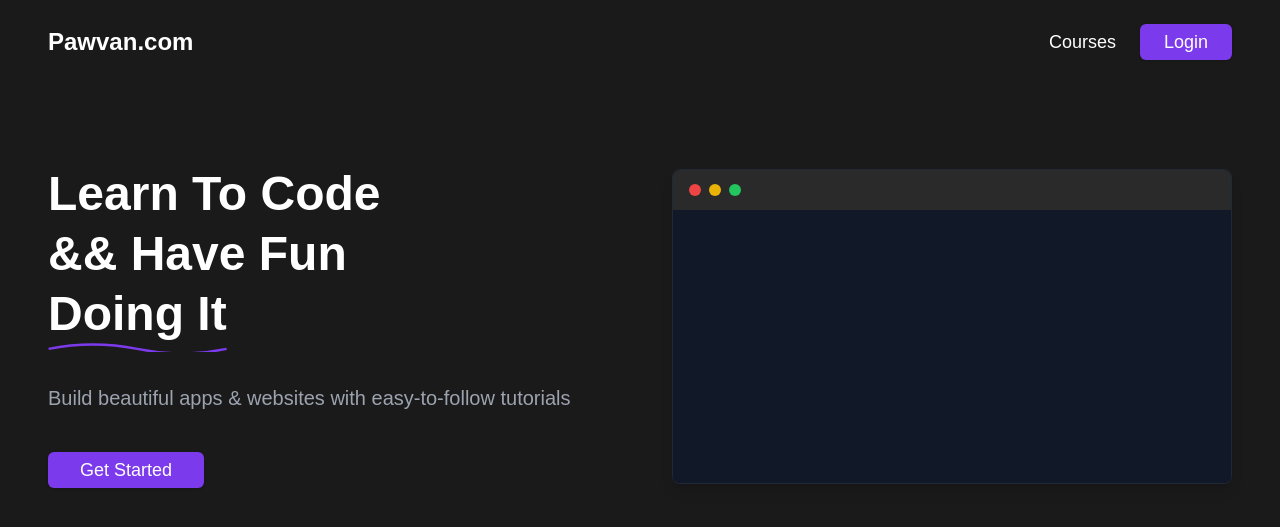
Repository: pawanthegoat/pawan.org
Page: /
The author's editor kept a copy of each file at every save. The page is drawn from the files as they stood at one save, then again after the next save.
The browser window is 1280 px wide. The pictures show the whole page.
The page's requests for data from a server got no answer. The project was rebuilt for these pictures with package versions that can differ from the ones it lists, and the page was loaded fresh each time. The framework's server and built-in components were replaced by stand-ins that run in the browser. No one was signed in, and anything a server would have sent is missing. Also part of the build but not shown: next.config.ts, src/components/ui/avatar.tsx, src/components/ui/input.tsx, src/components/ui/label.tsx.

Above is the page before, as saved 2025-02-07 13:41:16.

### src/app/layout.tsx
"use client";

import { SessionProvider } from "next-auth/react";
import { Geist, Geist_Mono } from "next/font/google";
import './globals.css';

// Define fonts
const geistSans = Geist({
  variable: "--font-geist-sans",
  subsets: ["latin"],
});
const geistMono = Geist_Mono({
  variable: "--font-geist-mono",
  subsets: ["latin"],
});

// Now, you can define your layout
export default function RootLayout({
  children,
}: Readonly<{
  children: React.ReactNode;
}>) {
  return (
    <html lang="en">
      <body className={`${geistSans.variable} ${geistMono.variable} antialiased`}>
        <SessionProvider>{children}</SessionProvider>
      </body>
    </html>
  );
}

### src/app/page.tsx
"use client";

import { useRouter } from "next/navigation"; // ✅ Correct import
import { useState } from "react";
import { Button } from "@/components/ui/button";
import { Avatar, AvatarFallback, AvatarImage } from "@/components/ui/avatar";
import Link from "next/link";
import LoginModal from "./Components/LoginModal";
import { useSession, signOut } from "next-auth/react";

export default function Page() {
  const [isLoginModalOpen, setIsLoginModalOpen] = useState(false);
  const { data: session } = useSession();
  const router = useRouter(); // ✅ Now it will work correctly

  return (
    <div className="min-h-screen bg-[#1a1a1a] text-white flex flex-col">
      {/* Navigation Bar */}
      <nav className="flex justify-between items-center px-12 py-6">
        <Link href="/" className="text-2xl font-semibold">
          Pawvan.com
        </Link>
        <div className="flex items-center gap-6">
          <Link href="/courses" className="hover:text-gray-300 text-lg">
            Courses
          </Link>
          {!session ? (
            <Button
              className="bg-[#7C3AED] hover:bg-[#6D28D9] text-white rounded-md px-6 py-2 text-lg"
              onClick={() => setIsLoginModalOpen(true)}
            >
              Login
            </Button>
          ) : (
            <div className="flex items-center gap-2">
              <Avatar className="w-10 h-10">
                <AvatarImage src={session.user?.image || "/placeholder.svg"} />
                <AvatarFallback>{session.user?.name?.[0]}</AvatarFallback>
              </Avatar>
              <Button
                className="bg-[#7C3AED] hover:bg-[#6D28D9] text-white rounded-md px-6 py-2 text-lg"
                onClick={() => signOut()}
              >
                Logout
              </Button>
            </div>
          )}
        </div>
      </nav>
      <main className="container mx-auto px-12 py-20 grid md:grid-cols-2 gap-16 items-center">
        <div className="space-y-10">
          <h1 className="text-5xl font-bold leading-tight">
            Learn To Code
            <br />
            && Have Fun
            <br />
            <span className="relative inline-block">
              Doing It
              <svg
                className="absolute -bottom-2 left-0 w-full"
                viewBox="0 0 300 20"
                fill="none"
                xmlns="http://www.w3.org/2000/svg"
              >
                <path d="M1 15 Q 75 0, 150 15 Q 225 30, 300 15" stroke="#7C3AED" strokeWidth="4" fill="none" />
              </svg>
            </span>
          </h1>
          <p className="text-xl text-gray-400">Build beautiful apps & websites with easy-to-follow tutorials</p>
          <Button
            onClick={() => router.push("/courses")}
            className="bg-[#7C3AED] hover:bg-[#6D28D9] text-white text-lg px-8 py-4 rounded-md"
          >
            Get Started
          </Button>
        </div>
        <div className="relative aspect-video rounded-lg overflow-hidden bg-black/20 border border-gray-800 shadow-lg">
          <div className="absolute top-0 left-0 right-0 h-10 bg-[#2a2a2a] flex items-center gap-2 px-4">
            <div className="w-3 h-3 rounded-full bg-red-500" />
            <div className="w-3 h-3 rounded-full bg-yellow-500" />
            <div className="w-3 h-3 rounded-full bg-green-500" />
          </div>
          <div className="mt-10 w-full h-[calc(100%-2.5rem)] bg-gray-900">





          </div>
        </div>
      </main>
      <LoginModal isOpen={isLoginModalOpen} onClose={() => setIsLoginModalOpen(false)} />
    </div>
  );
}

### src/app/globals.css

@tailwind base;
@tailwind components;
@tailwind utilities;
body {
  font-family: Arial, Helvetica, sans-serif;
}

### src/components/ui/button.tsx
import * as React from "react"
import { Slot } from "@radix-ui/react-slot"
import { cva, type VariantProps } from "class-variance-authority"

import { cn } from "@/lib/utils"

const buttonVariants = cva(
  "inline-flex items-center justify-center gap-2 whitespace-nowrap rounded-md text-sm font-medium transition-colors focus-visible:outline-none focus-visible:ring-1 focus-visible:ring-ring disabled:pointer-events-none disabled:opacity-50 [&_svg]:pointer-events-none [&_svg]:size-4 [&_svg]:shrink-0",
  {
    variants: {
      variant: {
        default:
          "bg-primary text-primary-foreground shadow hover:bg-primary/90",
        destructive:
          "bg-destructive text-destructive-foreground shadow-sm hover:bg-destructive/90",
        outline:
          "border border-input bg-background shadow-sm hover:bg-accent hover:text-accent-foreground",
        secondary:
          "bg-secondary text-secondary-foreground shadow-sm hover:bg-secondary/80",
        ghost: "hover:bg-accent hover:text-accent-foreground",
        link: "text-primary underline-offset-4 hover:underline",
      },
      size: {
        default: "h-9 px-4 py-2",
        sm: "h-8 rounded-md px-3 text-xs",
        lg: "h-10 rounded-md px-8",
        icon: "h-9 w-9",
      },
    },
    defaultVariants: {
      variant: "default",
      size: "default",
    },
  }
)

export interface ButtonProps
  extends React.ButtonHTMLAttributes<HTMLButtonElement>,
    VariantProps<typeof buttonVariants> {
  asChild?: boolean
}

const Button = React.forwardRef<HTMLButtonElement, ButtonProps>(
  ({ className, variant, size, asChild = false, ...props }, ref) => {
    const Comp = asChild ? Slot : "button"
    return (
      <Comp
        className={cn(buttonVariants({ variant, size, className }))}
        ref={ref}
        {...props}
      />
    )
  }
)
Button.displayName = "Button"

export { Button, buttonVariants }

### src/app/Components/LoginModal.tsx
/*@
this code belongs to THE AUTHOR : pawvan
using of this code without any access from the author can lead to proh
@*/
import { Dialog, DialogContent, DialogHeader, DialogTitle } from "@/components/ui/dialog"
import { Button } from "@/components/ui/button"
import { Input } from "@/components/ui/input"
import { Label } from "@/components/ui/label"
import { FaGoogle, FaGithub, FaTwitter } from "react-icons/fa"
interface LoginModalProps {
  isOpen: boolean
  onClose: () => void
}
export default function LoginModal({ isOpen, onClose }: LoginModalProps) {
  return (
    <Dialog open={isOpen} onOpenChange={onClose}>
      <DialogContent className="sm:max-w-[425px] bg-[#2a2a2a] text-white">
        <DialogHeader>
          <DialogTitle className="text-2xl font-bold">Login</DialogTitle>
        </DialogHeader>
        <div className="grid gap-4 py-4">
          <div className="grid gap-2">
            <Label htmlFor="email">Email</Label>
            <Input id="email" type="email" placeholder="m@example.com" className="bg-[#3a3a3a] border-gray-600" />
          </div>
          <div className="grid gap-2">
            <Label htmlFor="password">Password</Label>
            <Input id="password" type="password" className="bg-[#3a3a3a] border-gray-600" />
          </div>
          <Button className="w-full bg-[#7C3AED] hover:bg-[#6D28D9]">Login</Button>
        </div>
        <div className="relative">
          <div className="absolute inset-0 flex items-center">
            <span className="w-full border-t border-gray-600" />
          </div>
          <div className="relative flex justify-center text-xs uppercase">
            <span className="bg-[#2a2a2a] px-2 text-gray-400">Or continue with</span>
          </div>
        </div>
        <div className="grid grid-cols-3 gap-3">
          <Button variant="outline" className="bg-[#3a3a3a] border-gray-600 hover:bg-[#4a4a4a]">
            <FaGoogle className="mr-2 h-4 w-4" /> Google
          </Button>
          <Button variant="outline" className="bg-[#3a3a3a] border-gray-600 hover:bg-[#4a4a4a]">
            <FaGithub className="mr-2 h-4 w-4" /> GitHub
          </Button>
          <Button variant="outline" className="bg-[#3a3a3a] border-gray-600 hover:bg-[#4a4a4a]">
            <FaTwitter className="mr-2 h-4 w-4" /> Twitter
          </Button>
        </div>
      </DialogContent>
    </Dialog>
  )
}

### src/components/ui/dialog.tsx
"use client"

import * as React from "react"
import * as DialogPrimitive from "@radix-ui/react-dialog"
import { X } from "lucide-react"

import { cn } from "@/lib/utils"

const Dialog = DialogPrimitive.Root

const DialogTrigger = DialogPrimitive.Trigger

const DialogPortal = DialogPrimitive.Portal

const DialogClose = DialogPrimitive.Close

const DialogOverlay = React.forwardRef<
  React.ElementRef<typeof DialogPrimitive.Overlay>,
  React.ComponentPropsWithoutRef<typeof DialogPrimitive.Overlay>
>(({ className, ...props }, ref) => (
  <DialogPrimitive.Overlay
    ref={ref}
    className={cn(
      "fixed inset-0 z-50 bg-black/80  data-[state=open]:animate-in data-[state=closed]:animate-out data-[state=closed]:fade-out-0 data-[state=open]:fade-in-0",
      className
    )}
    {...props}
  />
))
DialogOverlay.displayName = DialogPrimitive.Overlay.displayName

const DialogContent = React.forwardRef<
  React.ElementRef<typeof DialogPrimitive.Content>,
  React.ComponentPropsWithoutRef<typeof DialogPrimitive.Content>
>(({ className, children, ...props }, ref) => (
  <DialogPortal>
    <DialogOverlay />
    <DialogPrimitive.Content
      ref={ref}
      className={cn(
        "fixed left-[50%] top-[50%] z-50 grid w-full max-w-lg translate-x-[-50%] translate-y-[-50%] gap-4 border bg-background p-6 shadow-lg duration-200 data-[state=open]:animate-in data-[state=closed]:animate-out data-[state=closed]:fade-out-0 data-[state=open]:fade-in-0 data-[state=closed]:zoom-out-95 data-[state=open]:zoom-in-95 data-[state=closed]:slide-out-to-left-1/2 data-[state=closed]:slide-out-to-top-[48%] data-[state=open]:slide-in-from-left-1/2 data-[state=open]:slide-in-from-top-[48%] sm:rounded-lg",
        className
      )}
      {...props}
    >
      {children}
      <DialogPrimitive.Close className="absolute right-4 top-4 rounded-sm opacity-70 ring-offset-background transition-opacity hover:opacity-100 focus:outline-none focus:ring-2 focus:ring-ring focus:ring-offset-2 disabled:pointer-events-none data-[state=open]:bg-accent data-[state=open]:text-muted-foreground">
        <X className="h-4 w-4" />
        <span className="sr-only">Close</span>
      </DialogPrimitive.Close>
    </DialogPrimitive.Content>
  </DialogPortal>
))
DialogContent.displayName = DialogPrimitive.Content.displayName

const DialogHeader = ({
  className,
  ...props
}: React.HTMLAttributes<HTMLDivElement>) => (
  <div
    className={cn(
      "flex flex-col space-y-1.5 text-center sm:text-left",
      className
    )}
    {...props}
  />
)
DialogHeader.displayName = "DialogHeader"

const DialogFooter = ({
  className,
  ...props
}: React.HTMLAttributes<HTMLDivElement>) => (
  <div
    className={cn(
      "flex flex-col-reverse sm:flex-row sm:justify-end sm:space-x-2",
      className
    )}
    {...props}
  />
)
DialogFooter.displayName = "DialogFooter"

const DialogTitle = React.forwardRef<
  React.ElementRef<typeof DialogPrimitive.Title>,
  React.ComponentPropsWithoutRef<typeof DialogPrimitive.Title>
>(({ className, ...props }, ref) => (
  <DialogPrimitive.Title
    ref={ref}
    className={cn(
      "text-lg font-semibold leading-none tracking-tight",
      className
    )}
    {...props}
  />
))
DialogTitle.displayName = DialogPrimitive.Title.displayName

const DialogDescription = React.forwardRef<
  React.ElementRef<typeof DialogPrimitive.Description>,
  React.ComponentPropsWithoutRef<typeof DialogPrimitive.Description>
>(({ className, ...props }, ref) => (
  <DialogPrimitive.Description
    ref={ref}
    className={cn("text-sm text-muted-foreground", className)}
    {...props}
  />
))
DialogDescription.displayName = DialogPrimitive.Description.displayName

export {
  Dialog,
  DialogPortal,
  DialogOverlay,
  DialogTrigger,
  DialogClose,
  DialogContent,
  DialogHeader,
  DialogFooter,
  DialogTitle,
  DialogDescription,
}

### tailwind.config.js
module.exports = {
  content: [
    "./src/app/**/*.{js,ts,jsx,tsx}",
    "./src/components/**/*.{js,ts,jsx,tsx}",
    "./pages/**/*.{js,ts,jsx,tsx}",
  ],
  theme: {
    extend: {},
  },
  plugins: [],
};

Loaded but not shown: src/lib/utils.ts (common file)

After the next save:
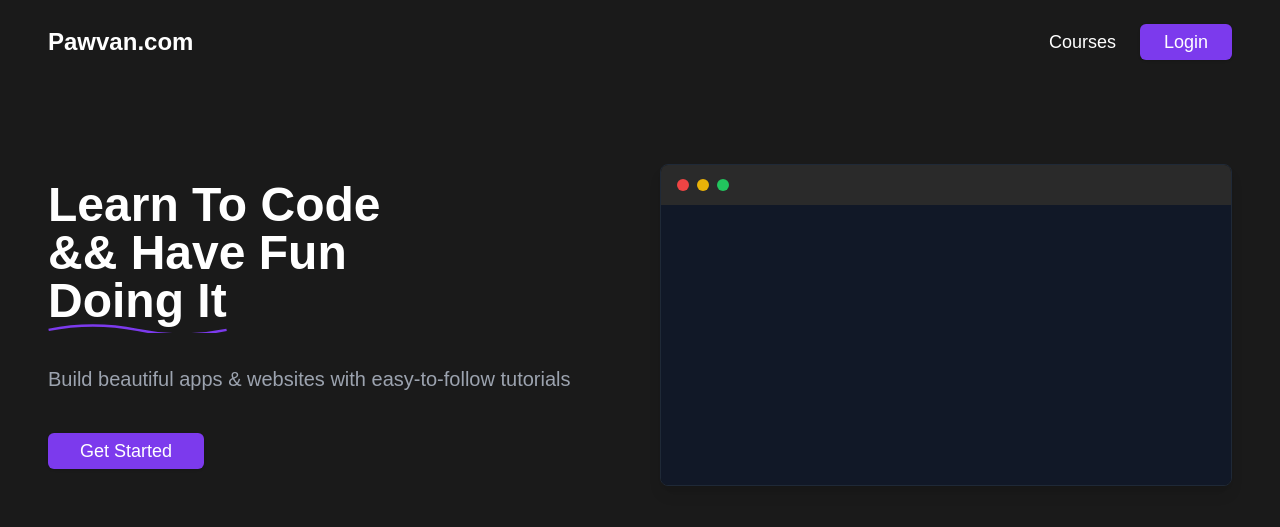
Saved 5 min 29 s later.
--- a/src/app/page.tsx
+++ b/src/app/page.tsx
@@ -1,6 +1,6 @@
 "use client";
 
-import { useRouter } from "next/navigation"; // ✅ Correct import
+import { useRouter } from "next/navigation";
 import { useState } from "react";
 import { Button } from "@/components/ui/button";
 import { Avatar, AvatarFallback, AvatarImage } from "@/components/ui/avatar";
@@ -11,34 +11,34 @@ import { useSession, signOut } from "next-auth/react";
 export default function Page() {
   const [isLoginModalOpen, setIsLoginModalOpen] = useState(false);
   const { data: session } = useSession();
-  const router = useRouter(); // ✅ Now it will work correctly
+  const router = useRouter();
 
   return (
     <div className="min-h-screen bg-[#1a1a1a] text-white flex flex-col">
       {/* Navigation Bar */}
-      <nav className="flex justify-between items-center px-12 py-6">
-        <Link href="/" className="text-2xl font-semibold">
+      <nav className="flex justify-between items-center px-6 md:px-12 py-6">
+        <Link href="/" className="text-xl md:text-2xl font-semibold">
           Pawvan.com
         </Link>
-        <div className="flex items-center gap-6">
-          <Link href="/courses" className="hover:text-gray-300 text-lg">
+        <div className="flex items-center gap-4 md:gap-6">
+          <Link href="/courses" className="hover:text-gray-300 text-base md:text-lg">
             Courses
           </Link>
           {!session ? (
             <Button
-              className="bg-[#7C3AED] hover:bg-[#6D28D9] text-white rounded-md px-6 py-2 text-lg"
+              className="bg-[#7C3AED] hover:bg-[#6D28D9] text-white rounded-md px-4 md:px-6 py-2 text-sm md:text-lg"
               onClick={() => setIsLoginModalOpen(true)}
             >
               Login
             </Button>
           ) : (
             <div className="flex items-center gap-2">
-              <Avatar className="w-10 h-10">
+              <Avatar className="w-8 h-8 md:w-10 md:h-10">
                 <AvatarImage src={session.user?.image || "/placeholder.svg"} />
                 <AvatarFallback>{session.user?.name?.[0]}</AvatarFallback>
               </Avatar>
               <Button
-                className="bg-[#7C3AED] hover:bg-[#6D28D9] text-white rounded-md px-6 py-2 text-lg"
+                className="bg-[#7C3AED] hover:bg-[#6D28D9] text-white rounded-md px-4 md:px-6 py-2 text-sm md:text-lg"
                 onClick={() => signOut()}
               >
                 Logout
@@ -47,9 +47,11 @@ export default function Page() {
           )}
         </div>
       </nav>
-      <main className="container mx-auto px-12 py-20 grid md:grid-cols-2 gap-16 items-center">
-        <div className="space-y-10">
-          <h1 className="text-5xl font-bold leading-tight">
+
+      {/* Main Section */}
+      <main className="container mx-auto px-6 md:px-12 py-10 md:py-20 grid grid-cols-1 md:grid-cols-2 gap-10 items-center">
+        <div className="space-y-6 md:space-y-10">
+          <h1 className="text-3xl md:text-5xl font-bold leading-tight">
             Learn To Code
             <br />
             && Have Fun
@@ -62,33 +64,38 @@ export default function Page() {
                 fill="none"
                 xmlns="http://www.w3.org/2000/svg"
               >
-                <path d="M1 15 Q 75 0, 150 15 Q 225 30, 300 15" stroke="#7C3AED" strokeWidth="4" fill="none" />
+                <path
+                  d="M1 15 Q 75 0, 150 15 Q 225 30, 300 15"
+                  stroke="#7C3AED"
+                  strokeWidth="4"
+                  fill="none"
+                />
               </svg>
             </span>
           </h1>
-          <p className="text-xl text-gray-400">Build beautiful apps & websites with easy-to-follow tutorials</p>
+          <p className="text-lg md:text-xl text-gray-400">
+            Build beautiful apps & websites with easy-to-follow tutorials
+          </p>
           <Button
             onClick={() => router.push("/courses")}
-            className="bg-[#7C3AED] hover:bg-[#6D28D9] text-white text-lg px-8 py-4 rounded-md"
+            className="bg-[#7C3AED] hover:bg-[#6D28D9] text-white text-lg px-6 md:px-8 py-3 md:py-4 rounded-md"
           >
             Get Started
           </Button>
         </div>
+
+        {/* Video/Preview Section */}
         <div className="relative aspect-video rounded-lg overflow-hidden bg-black/20 border border-gray-800 shadow-lg">
           <div className="absolute top-0 left-0 right-0 h-10 bg-[#2a2a2a] flex items-center gap-2 px-4">
             <div className="w-3 h-3 rounded-full bg-red-500" />
             <div className="w-3 h-3 rounded-full bg-yellow-500" />
             <div className="w-3 h-3 rounded-full bg-green-500" />
           </div>
-          <div className="mt-10 w-full h-[calc(100%-2.5rem)] bg-gray-900">
-
-
-
-
-
-          </div>
+          <div className="mt-10 w-full h-[calc(100%-2.5rem)] bg-gray-900"></div>
         </div>
       </main>
+
+      {/* Login Modal */}
       <LoginModal isOpen={isLoginModalOpen} onClose={() => setIsLoginModalOpen(false)} />
     </div>
   );
